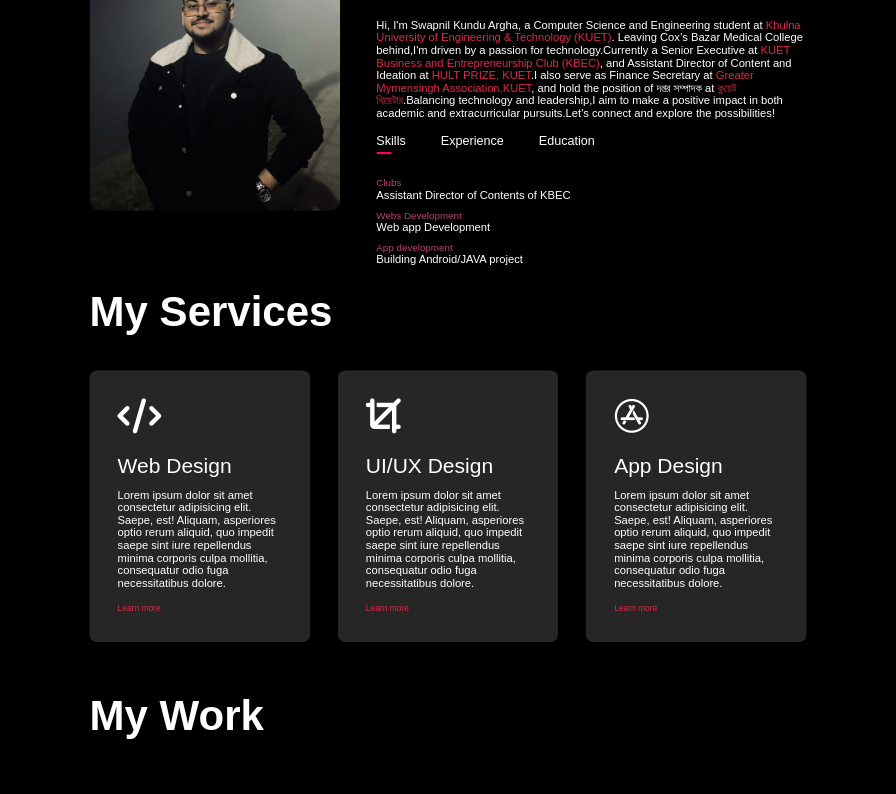
Repository: SwapnilKundu/portfolio
Page: index.html
These files come from the project's save history. The page is drawn as it stood at one moment and after a run of saves; the edit follows.
The browser window is 1280 px wide. The pictures show the part of the page from y = 913 to 2833 px (the page is 2047 px tall before and 2833 px after), at 70% of full size.
Some web libraries are served in a nearby version.

Above is the page before, as saved 2024-01-20 10:36:36.

After the next 4 saves:
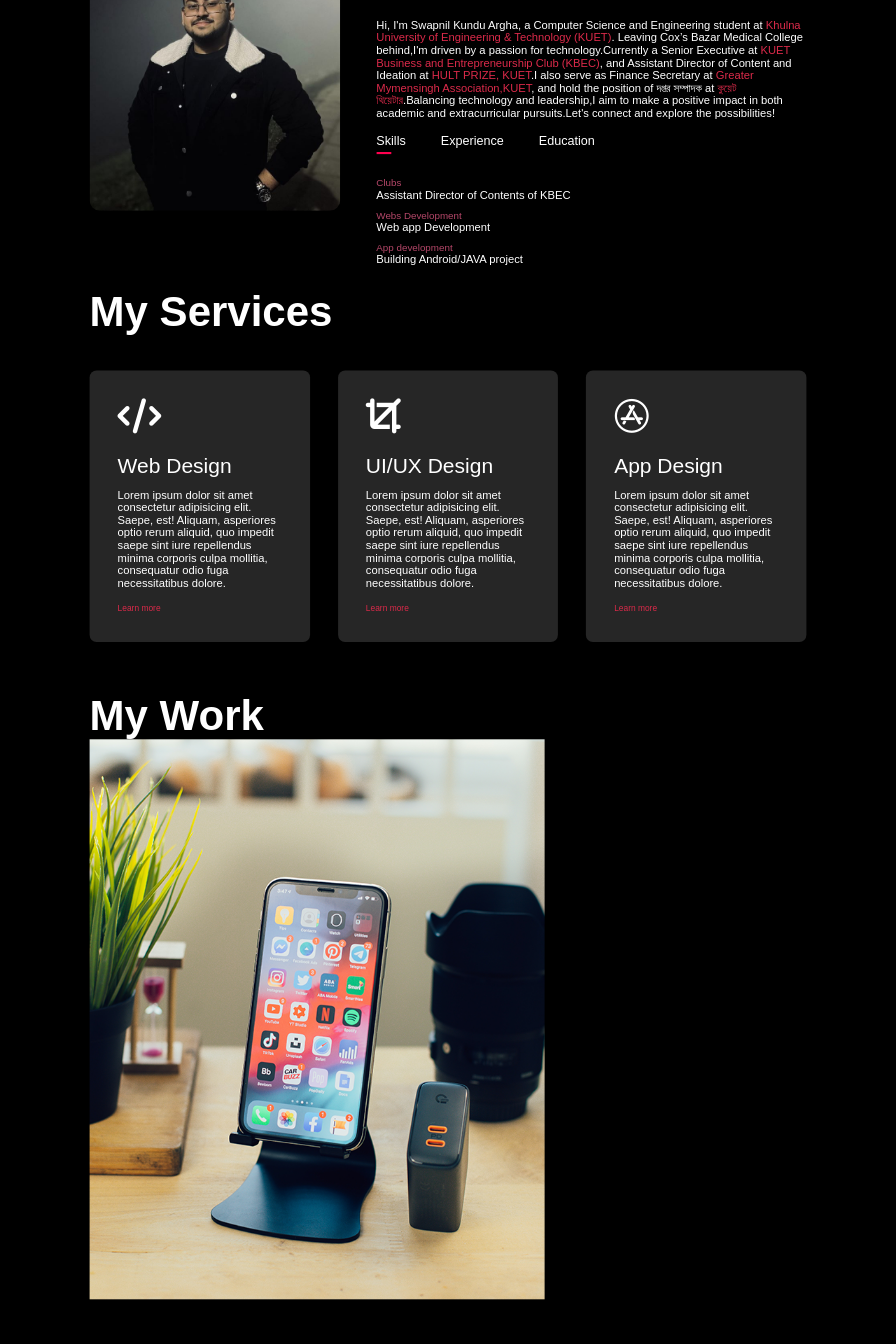
The 4 saves are shown as one change because they came seconds apart.
The last was saved 57 s later.
--- a/index.html
+++ b/index.html
@@ -129,7 +129,7 @@
         <div class ="work-list">
             <div class="work">
 
-                <img src=""
+                <img src="images/work-1.png">
             </div>
 
         </div>
